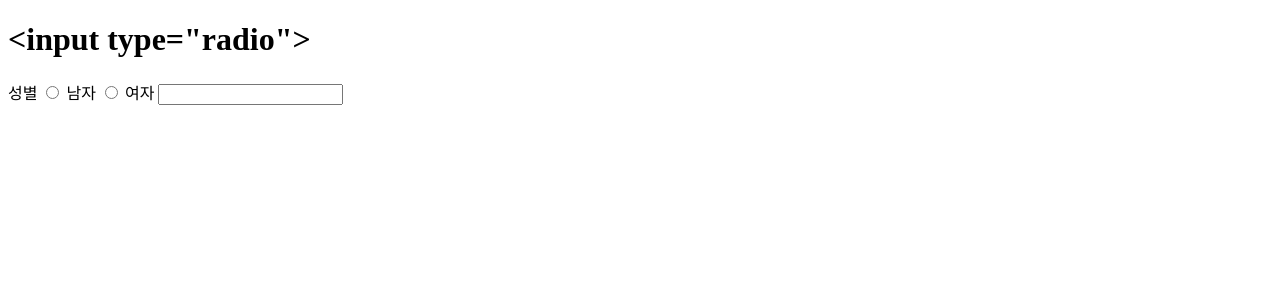
Repository: windy9109/FrontendClass
Page: webpro/src/main/webapp/0225/radio_checkbox.html
An editor plug-in stored every save of this project. The page is shown before and after the next save, followed by the edit.
The browser window is 1280 px wide. The pictures show the whole page.

Above is the page before, as saved 2022-02-25 07:19:55.

### webpro/src/main/webapp/0225/radio_checkbox.html
<!DOCTYPE html>
<html>
<head>
<meta charset="UTF-8">
<title>Insert title here</title>
</head>
<body>
<h1>&lt;input type="radio"></h1>
<form actrion ="radio.jsp" method="post">
<label>성별</label>
	<input type="radio" name="gender"> 남자
	<input type="radio" name="gender"> 여자

	<input type="submit value="전송">
</form>

</body>
</html>

After the next save:
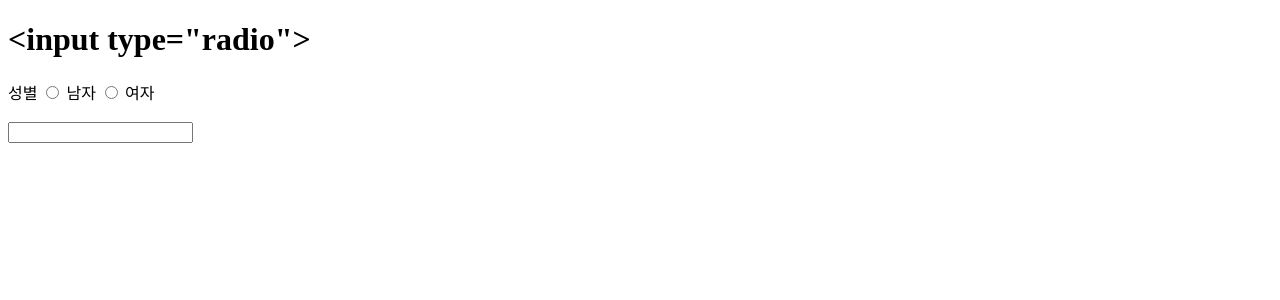
Saved 32 s later.
--- a/webpro/src/main/webapp/0225/radio_checkbox.html
+++ b/webpro/src/main/webapp/0225/radio_checkbox.html
@@ -9,7 +9,7 @@
 <form actrion ="radio.jsp" method="post">
 <label>성별</label>
 	<input type="radio" name="gender"> 남자
-	<input type="radio" name="gender"> 여자
+	<input type="radio" name="gender"> 여자<br><br>
 
 	<input type="submit value="전송">
 </form>
